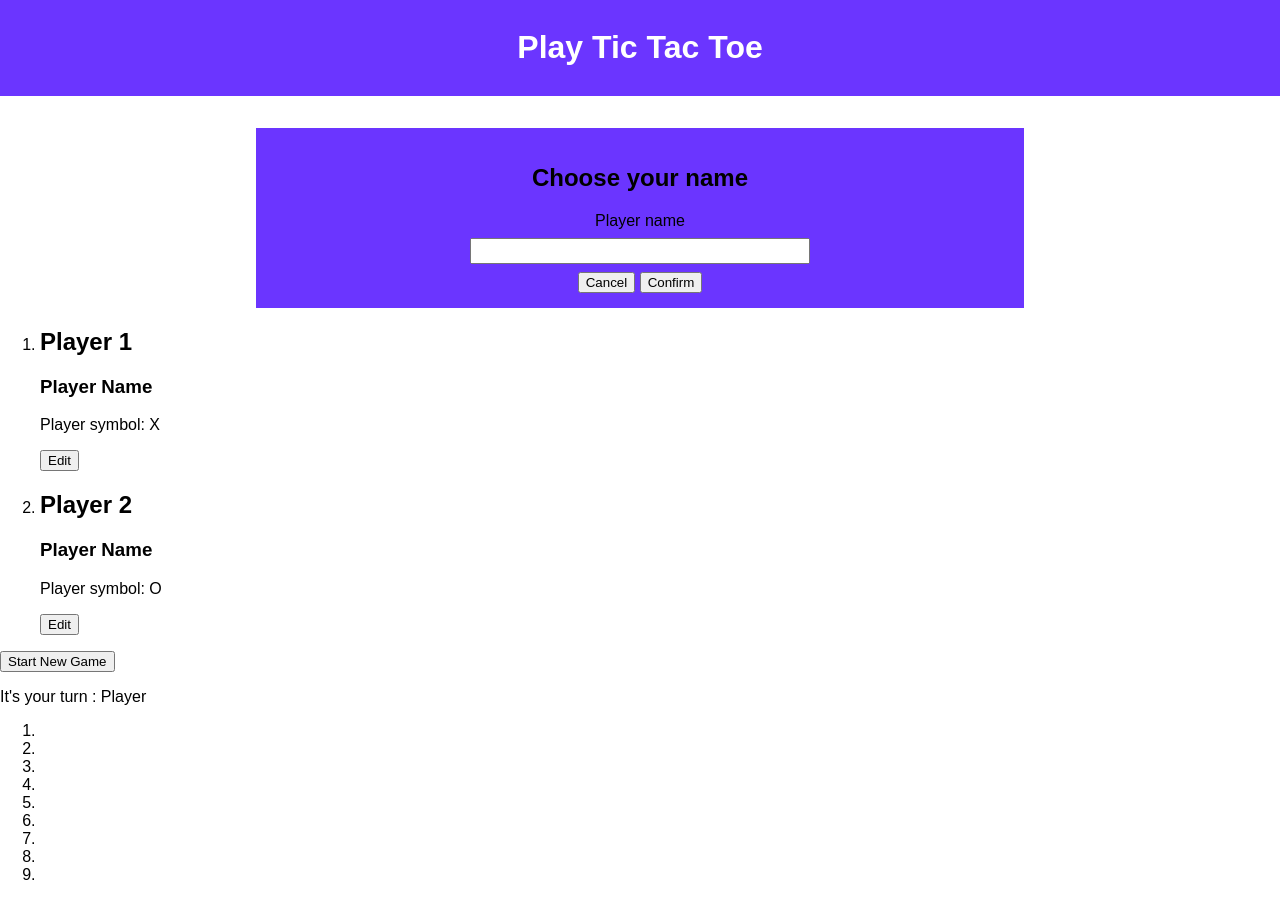
Repository: Harjot00/Wevdev
Page: Tic tac toe/index.html
These files come from the project's save history. The page is drawn as it stood at one moment and after the next save; the edit follows.
The browser window is 1280 px wide. The pictures show the whole page.
Some web fonts or font styles are not loaded; a fallback is used.

Above is the page before, as saved 2022-05-20 23:44:45.

After the next save:
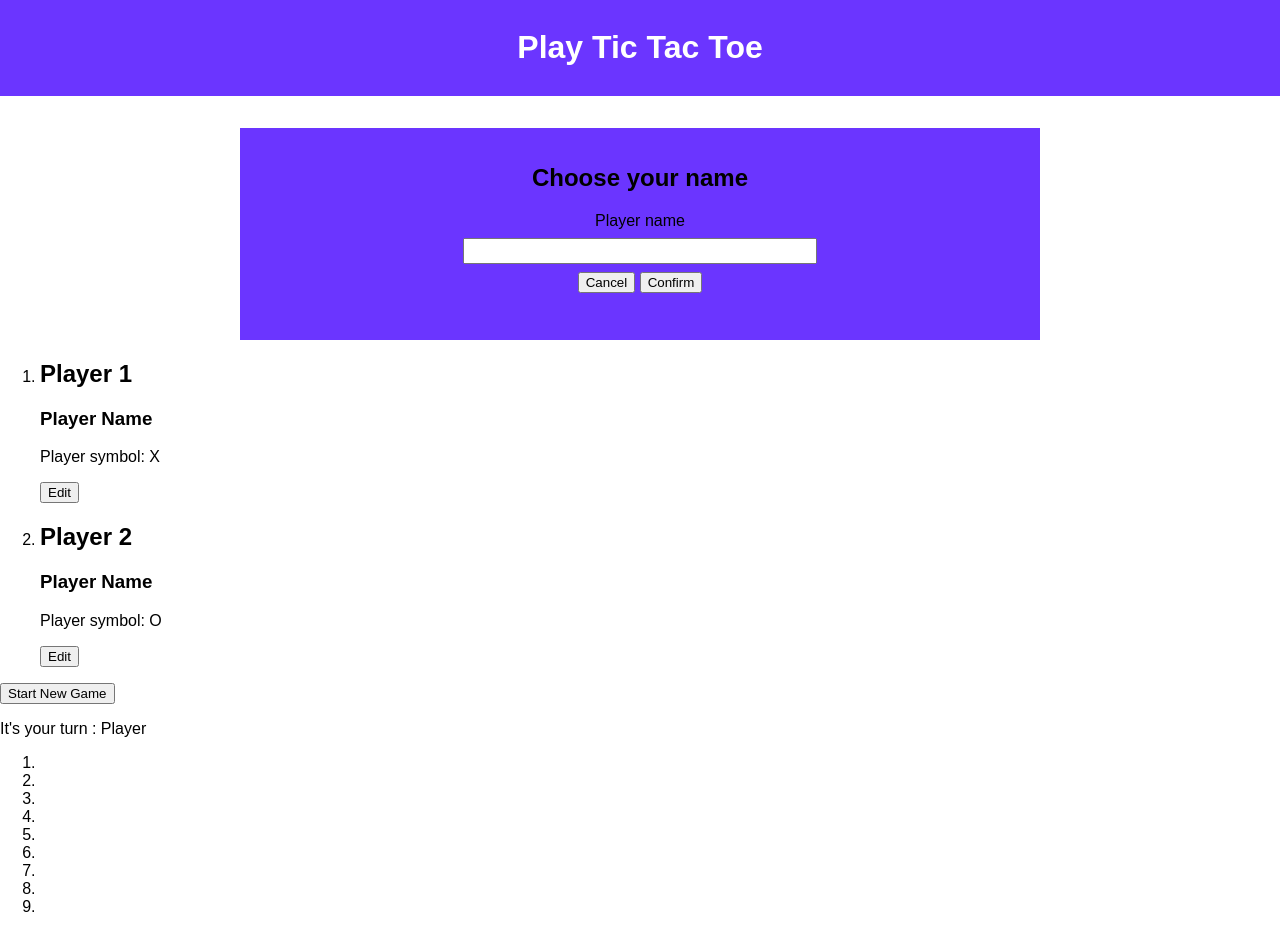
Saved 10 s later.
--- a/Tic tac toe/styles.css
+++ b/Tic tac toe/styles.css
@@ -16,7 +16,7 @@ aside {
     margin:1rem auto;
     width:60vw;
     height: 25vh;
-    box-sizing: border-box;
+
     padding:1rem;
     background-color:#6b35ff;
 }
